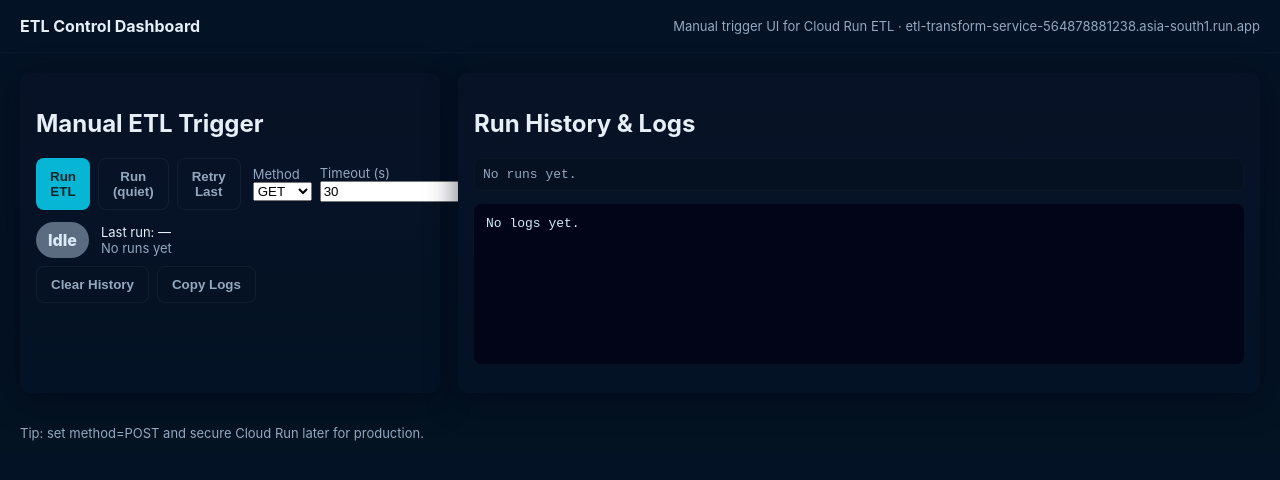
Repository: kbruhadesh/etl_files
Page: public/index.html
These files come from the project's save history. The page is drawn as it stood at one moment and after a run of saves; the edit follows.
The browser window is 1280 px wide. The pictures show the whole page.

Above is the page before, as saved 2025-11-26 22:30:27.

### public/index.html
<!doctype html>
<html lang="en">
<head>
  <meta charset="utf-8" />
  <meta name="viewport" content="width=device-width,initial-scale=1" />
  <title>ETL Control Dashboard</title>
  <link rel="stylesheet" href="style.css" />
</head>
<body>
  <header class="topbar">
    <div class="title">ETL Control Dashboard</div>
    <div class="meta">Manual trigger UI for Cloud Run ETL · <span id="serviceUrlShort"></span></div>
  </header>

  <main class="container">
    <section class="panel control-panel">
      <h2>Manual ETL Trigger</h2>
      <div class="controls">
        <div class="left">
          <button id="runBtn" class="btn primary">Run ETL</button>
          <button id="runQuietBtn" class="btn ghost">Run (quiet)</button>
          <button id="retryBtn" class="btn ghost">Retry Last</button>
        </div>

        <div class="right">
          <label class="small">Method
            <select id="method">
              <option>GET</option>
              <option>POST</option>
            </select>
          </label>
          <label class="small">Timeout (s)
            <input id="timeout" type="number" min="5" value="30" />
          </label>
        </div>
      </div>

      <div class="status-row">
        <div id="statusPill" class="status status-wait">Idle</div>
        <div class="status-info">
          <div id="lastRun">Last run: —</div>
          <div id="lastResult" class="small muted">No runs yet</div>
        </div>
      </div>

      <div class="log-actions">
        <button id="clearHistory" class="btn ghost">Clear History</button>
        <button id="copyLogs" class="btn ghost">Copy Logs</button>
      </div>
    </section>

    <section class="panel logs-panel">
      <h2>Run History & Logs</h2>
      <div id="historyList" class="history"></div>
      <pre id="logBox" class="logbox">No logs yet.</pre>
    </section>
  </main>

  <footer class="footer">Tip: set method=POST and secure Cloud Run later for production.</footer>

  <script src="script.js" defer></script>
</body>
</html>

### public/style.css
:root{
  --bg:#071022; --card:#081226; --muted:#94a8bf; --accent:#06b6d4;
  --ok:#0c934f; --fail:#aa2230; --wait:#5b6b80;
  font-family: Inter, system-ui, -apple-system, "Segoe UI", Roboto, Arial;
}
*{box-sizing:border-box}
body{margin:0;background:linear-gradient(180deg,#041225 0,#031322 100%);color:#e6eef8}
.topbar{padding:16px 20px;border-bottom:1px solid rgba(255,255,255,0.03);display:flex;justify-content:space-between;align-items:center}
.title{font-weight:700}
.meta{font-size:13px;color:var(--muted)}
.container{display:grid;grid-template-columns:420px 1fr;gap:18px;padding:20px}
.panel{background:linear-gradient(180deg,var(--card),#031224);border-radius:10px;padding:16px;box-shadow:0 8px 30px rgba(2,6,23,0.6)}
.controls{display:flex;justify-content:space-between;align-items:center;gap:12px;margin-bottom:12px}
.btn{padding:10px 14px;border-radius:8px;border:0;cursor:pointer;font-weight:700}
.btn.primary{background:var(--accent);color:#012529}
.btn.ghost{background:transparent;border:1px solid rgba(255,255,255,0.05);color:var(--muted)}
.left{display:flex;gap:8px}
.right{display:flex;gap:8px;align-items:center}
.small{font-size:13px;color:var(--muted)}
.status-row{display:flex;align-items:center;gap:12px;margin:8px 0}
.status{padding:8px 12px;border-radius:999px;font-weight:800}
.status-wait{background:var(--wait);color:#dbeaf8}
.status-ok{background:var(--ok);color:#e7fbef}
.status-fail{background:var(--fail);color:#ffdce0}
.status-info{font-size:13px}
.log-actions{display:flex;gap:8px;margin-bottom:10px}
.history{max-height:240px;overflow:auto;border-radius:8px;background:#051021;padding:8px;border:1px solid rgba(255,255,255,0.02);font-family:monospace;margin-bottom:8px}
.history .item{padding:8px;border-bottom:1px solid rgba(255,255,255,0.02);display:flex;justify-content:space-between;gap:8px;align-items:center}
.logbox{background:#010517;padding:12px;border-radius:8px;min-height:160px;overflow:auto;color:#cfeff6;font-family:monospace;font-size:13px}
.footer{padding:12px 20px;color:var(--muted);font-size:13px}
.muted{color:var(--muted);font-size:13px}

### public/script.js
// ===== CONFIG =====
const CLOUD_RUN_URL = "https://etl-transform-service-564878881238.asia-south1.run.app/"; // <--- update if needed
// ==================

const runBtn = document.getElementById("runBtn");
const runQuietBtn = document.getElementById("runQuietBtn");
const retryBtn = document.getElementById("retryBtn");
const statusPill = document.getElementById("statusPill");
const lastRunEl = document.getElementById("lastRun");
const lastResult = document.getElementById("lastResult");
const logBox = document.getElementById("logBox");
const historyList = document.getElementById("historyList");
const copyLogsBtn = document.getElementById("copyLogs");
const clearHistoryBtn = document.getElementById("clearHistory");
const methodEl = document.getElementById("method");
const timeoutEl = document.getElementById("timeout");
const serviceUrlShort = document.getElementById("serviceUrlShort");

serviceUrlShort.textContent = CLOUD_RUN_URL.replace(/^https?:\/\//, "").replace(/\/$/, "");

// Utility
function setStatus(text, cls="status-wait"){ statusPill.textContent = text; statusPill.className = "status " + cls; }
function ts(){ return new Date().toLocaleString(); }

function appendLog(msg){
  logBox.textContent = `[${ts()}] ${msg}\n\n` + logBox.textContent;
}

// History in localStorage
const HISTORY_KEY = "etl_dashboard_history";
function loadHistory(){ return JSON.parse(localStorage.getItem(HISTORY_KEY) || "[]"); }
function saveHistory(h){ localStorage.setItem(HISTORY_KEY, JSON.stringify(h)); }
function addHistory(entry){
  const h = loadHistory();
  h.unshift(entry);
  if(h.length>50) h.pop();
  saveHistory(h);
  renderHistory();
}

function renderHistory(){
  const h = loadHistory();
  historyList.innerHTML = "";
  if(h.length===0){ historyList.innerHTML = `<div class="muted">No runs yet.</div>`; return; }
  h.forEach((it, i) => {
    const div = document.createElement("div");
    div.className = "item";
    div.innerHTML = `<div>
        <div style="font-weight:700">${it.status} · ${it.ts}</div>
        <div class="small">${it.method} · ${it.duration_ms}ms · HTTP ${it.http_status||"-"}</div>
      </div>
      <div>
        <button data-i="${i}" class="btn ghost small view">View</button>
      </div>`;
    historyList.appendChild(div);
  });
  // attach listeners
  [...historyList.querySelectorAll("button.view")].forEach(b=>{
    b.addEventListener("click", (e)=>{
      const idx = Number(e.currentTarget.dataset.i);
      const h = loadHistory()[idx];
      logBox.textContent = `=== Run ${idx} — ${h.ts} ===\nStatus: ${h.status}\nHTTP: ${h.http_status}\nMethod: ${h.method}\nDuration: ${h.duration_ms} ms\n\nResponse:\n${h.body}\n\n` + logBox.textContent;
      lastRunEl.textContent = "Last run: " + h.ts;
      lastResult.textContent = `Last: ${h.status} · HTTP ${h.http_status||"-"}`;
    });
  });
}

// Main trigger
let lastRequest = null;
async function triggerETL({quiet=false, method="GET"}={}){
  try{
    setStatus("Running...", "status-wait");
    appendLog("Triggering ETL...");
    const t = Number(timeoutEl.value || 30) * 1000;
    const controller = new AbortController();
    const id = setTimeout(()=>controller.abort(), t);
    const start = performance.now();

    let res;
    if(method === "GET"){
      res = await fetch(CLOUD_RUN_URL, {method:"GET", signal: controller.signal});
    } else {
      res = await fetch(CLOUD_RUN_URL, {
        method:"POST",
        headers: {"Content-Type":"application/json"},
        body: JSON.stringify({trigger:"manual", ts: Date.now()}),
        signal: controller.signal
      });
    }
    clearTimeout(id);
    const duration = Math.round(performance.now() - start);
    const text = await res.text().catch(()=>"[non-text-response]");

    const entry = {
      ts: ts(),
      status: res.ok ? "SUCCESS" : "FAILED",
      http_status: res.status,
      method,
      duration_ms: duration,
      body: text
    };
    lastRequest = {method};
    addHistory(entry);

    lastRunEl.textContent = "Last run: " + entry.ts;
    lastResult.textContent = entry.status + " · HTTP " + entry.http_status;

    if(res.ok){
      setStatus("Success", "status-ok");
      appendLog("SUCCESS: HTTP " + res.status + " — " + (text||"(empty)"));
    } else {
      setStatus("Error", "status-fail");
      appendLog("ERROR: HTTP " + res.status + " — " + (text||"(empty)"));
    }
    if(!quiet){
      logBox.textContent = `=== HTTP ${res.status} ===\n${text}\n\n` + logBox.textContent;
    }
  } catch (err){
    setStatus("Failed", "status-fail");
    appendLog("EXCEPTION: " + (err.message||String(err)));
    addHistory({ts:ts(), status:"EXCEPTION", method, duration_ms:0, http_status:null, body:err.message||String(err)});
  }
}

// UI wiring
runBtn.addEventListener("click", ()=> triggerETL({quiet:false, method: methodEl.value}));
runQuietBtn.addEventListener("click", ()=> triggerETL({quiet:true, method: methodEl.value}));
retryBtn.addEventListener("click", ()=> {
  if(lastRequest) triggerETL({quiet:false, method: lastRequest.method});
  else appendLog("No last request to retry.");
});
copyLogsBtn.addEventListener("click", async ()=>{
  try{
    await navigator.clipboard.writeText(logBox.textContent);
    appendLog("Logs copied to clipboard.");
  }catch(e){ appendLog("Copy failed: " + (e.message||e)); }
});
clearHistoryBtn.addEventListener("click", ()=> {
  localStorage.removeItem(HISTORY_KEY);
  renderHistory();
  appendLog("History cleared.");
});

// initial
renderHistory();
setStatus("Idle", "status-wait");
serviceUrlShort && (serviceUrlShort.textContent = CLOUD_RUN_URL.replace(/^https?:\/\//, "").replace(/\/$/, ""));

After the next 2 saves:
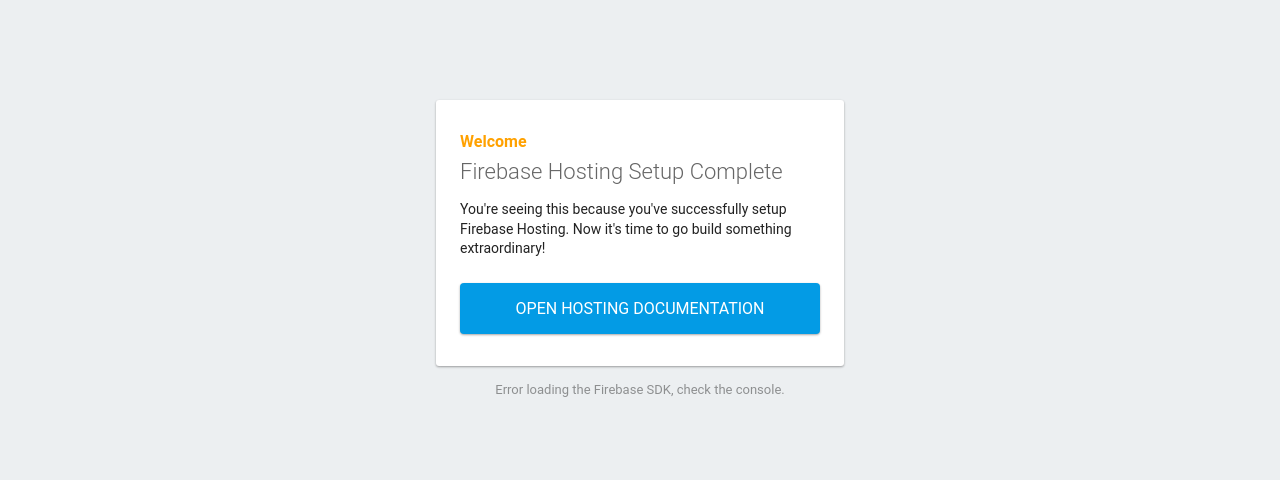
Not found: __/firebase/12.6.0/firebase-app-compat.js
Not found: __/firebase/12.6.0/firebase-auth-compat.js
Not found: __/firebase/12.6.0/firebase-database-compat.js
The 2 saves are shown as one change because they came seconds apart.
The last was saved 6 s later.
--- a/public/index.html
+++ b/public/index.html
@@ -1,63 +1,89 @@
-<!doctype html>
-<html lang="en">
-<head>
-  <meta charset="utf-8" />
-  <meta name="viewport" content="width=device-width,initial-scale=1" />
-  <title>ETL Control Dashboard</title>
-  <link rel="stylesheet" href="style.css" />
-</head>
-<body>
-  <header class="topbar">
-    <div class="title">ETL Control Dashboard</div>
-    <div class="meta">Manual trigger UI for Cloud Run ETL · <span id="serviceUrlShort"></span></div>
-  </header>
+<!DOCTYPE html>
+<html>
+  <head>
+    <meta charset="utf-8">
+    <meta name="viewport" content="width=device-width, initial-scale=1">
+    <title>Welcome to Firebase Hosting</title>
 
-  <main class="container">
-    <section class="panel control-panel">
-      <h2>Manual ETL Trigger</h2>
-      <div class="controls">
-        <div class="left">
-          <button id="runBtn" class="btn primary">Run ETL</button>
-          <button id="runQuietBtn" class="btn ghost">Run (quiet)</button>
-          <button id="retryBtn" class="btn ghost">Retry Last</button>
-        </div>
+    <!-- update the version number as needed -->
+    <script defer src="/__/firebase/12.6.0/firebase-app-compat.js"></script>
+    <!-- include only the Firebase features as you need -->
+    <script defer src="/__/firebase/12.6.0/firebase-auth-compat.js"></script>
+    <script defer src="/__/firebase/12.6.0/firebase-database-compat.js"></script>
+    <script defer src="/__/firebase/12.6.0/firebase-firestore-compat.js"></script>
+    <script defer src="/__/firebase/12.6.0/firebase-functions-compat.js"></script>
+    <script defer src="/__/firebase/12.6.0/firebase-messaging-compat.js"></script>
+    <script defer src="/__/firebase/12.6.0/firebase-storage-compat.js"></script>
+    <script defer src="/__/firebase/12.6.0/firebase-analytics-compat.js"></script>
+    <script defer src="/__/firebase/12.6.0/firebase-remote-config-compat.js"></script>
+    <script defer src="/__/firebase/12.6.0/firebase-performance-compat.js"></script>
+    <!--
+      initialize the SDK after all desired features are loaded, set useEmulator to false
+      to avoid connecting the SDK to running emulators.
+    -->
+    <script defer src="/__/firebase/init.js?useEmulator=true"></script>
 
-        <div class="right">
-          <label class="small">Method
-            <select id="method">
-              <option>GET</option>
-              <option>POST</option>
-            </select>
-          </label>
-          <label class="small">Timeout (s)
-            <input id="timeout" type="number" min="5" value="30" />
-          </label>
-        </div>
-      </div>
+    <style media="screen">
+      body { background: #ECEFF1; color: rgba(0,0,0,0.87); font-family: Roboto, Helvetica, Arial, sans-serif; margin: 0; padding: 0; }
+      #message { background: white; max-width: 360px; margin: 100px auto 16px; padding: 32px 24px; border-radius: 3px; }
+      #message h2 { color: #ffa100; font-weight: bold; font-size: 16px; margin: 0 0 8px; }
+      #message h1 { font-size: 22px; font-weight: 300; color: rgba(0,0,0,0.6); margin: 0 0 16px;}
+      #message p { line-height: 140%; margin: 16px 0 24px; font-size: 14px; }
+      #message a { display: block; text-align: center; background: #039be5; text-transform: uppercase; text-decoration: none; color: white; padding: 16px; border-radius: 4px; }
+      #message, #message a { box-shadow: 0 1px 3px rgba(0,0,0,0.12), 0 1px 2px rgba(0,0,0,0.24); }
+      #load { color: rgba(0,0,0,0.4); text-align: center; font-size: 13px; }
+      @media (max-width: 600px) {
+        body, #message { margin-top: 0; background: white; box-shadow: none; }
+        body { border-top: 16px solid #ffa100; }
+      }
+    </style>
+  </head>
+  <body>
+    <div id="message">
+      <h2>Welcome</h2>
+      <h1>Firebase Hosting Setup Complete</h1>
+      <p>You're seeing this because you've successfully setup Firebase Hosting. Now it's time to go build something extraordinary!</p>
+      <a target="_blank" href="https://firebase.google.com/docs/hosting/">Open Hosting Documentation</a>
+    </div>
+    <p id="load">Firebase SDK Loading&hellip;</p>
 
-      <div class="status-row">
-        <div id="statusPill" class="status status-wait">Idle</div>
-        <div class="status-info">
-          <div id="lastRun">Last run: —</div>
-          <div id="lastResult" class="small muted">No runs yet</div>
-        </div>
-      </div>
+    <script>
+      document.addEventListener('DOMContentLoaded', function() {
+        const loadEl = document.querySelector('#load');
+        // // 🔥🔥🔥🔥🔥🔥🔥🔥🔥🔥🔥🔥🔥🔥🔥🔥🔥🔥🔥🔥🔥🔥🔥🔥🔥🔥🔥🔥🔥🔥🔥
+        // // The Firebase SDK is initialized and available here!
+        //
+        // firebase.auth().onAuthStateChanged(user => { });
+        // firebase.database().ref('/path/to/ref').on('value', snapshot => { });
+        // firebase.firestore().doc('/foo/bar').get().then(() => { });
+        // firebase.functions().httpsCallable('yourFunction')().then(() => { });
+        // firebase.messaging().requestPermission().then(() => { });
+        // firebase.storage().ref('/path/to/ref').getDownloadURL().then(() => { });
+        // firebase.analytics(); // call to activate
+        // firebase.analytics().logEvent('tutorial_completed');
+        // firebase.performance(); // call to activate
+        //
+        // // 🔥🔥🔥🔥🔥🔥🔥🔥🔥🔥🔥🔥🔥🔥🔥🔥🔥🔥🔥🔥🔥🔥🔥🔥🔥🔥🔥🔥🔥🔥🔥
 
-      <div class="log-actions">
-        <button id="clearHistory" class="btn ghost">Clear History</button>
-        <button id="copyLogs" class="btn ghost">Copy Logs</button>
-      </div>
-    </section>
-
-    <section class="panel logs-panel">
-      <h2>Run History & Logs</h2>
-      <div id="historyList" class="history"></div>
-      <pre id="logBox" class="logbox">No logs yet.</pre>
-    </section>
-  </main>
-
-  <footer class="footer">Tip: set method=POST and secure Cloud Run later for production.</footer>
-
-  <script src="script.js" defer></script>
-</body>
+        try {
+          let app = firebase.app();
+          let features = [
+            'auth',
+            'database',
+            'firestore',
+            'functions',
+            'messaging',
+            'storage',
+            'analytics',
+            'remoteConfig',
+            'performance',
+          ].filter(feature => typeof app[feature] === 'function');
+          loadEl.textContent = `Firebase SDK loaded with ${features.join(', ')}`;
+        } catch (e) {
+          console.error(e);
+          loadEl.textContent = 'Error loading the Firebase SDK, check the console.';
+        }
+      });
+    </script>
+  </body>
 </html>
